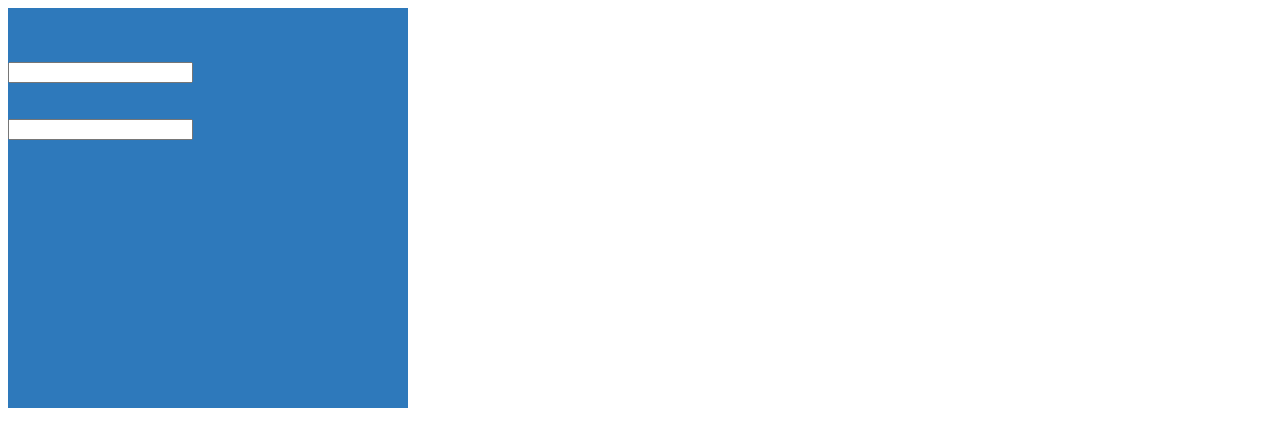
Repository: rkrukshan/Glass_Login_CSS
Page: loginform.html
The author's editor kept a copy of each file at every save. The page is drawn from the files as they stood at one save, then again after a run of saves.
The browser window is 1280 px wide. The pictures show the whole page.

Above is the page before, as saved 2023-10-02 22:41:29.

After the next 2 saves:
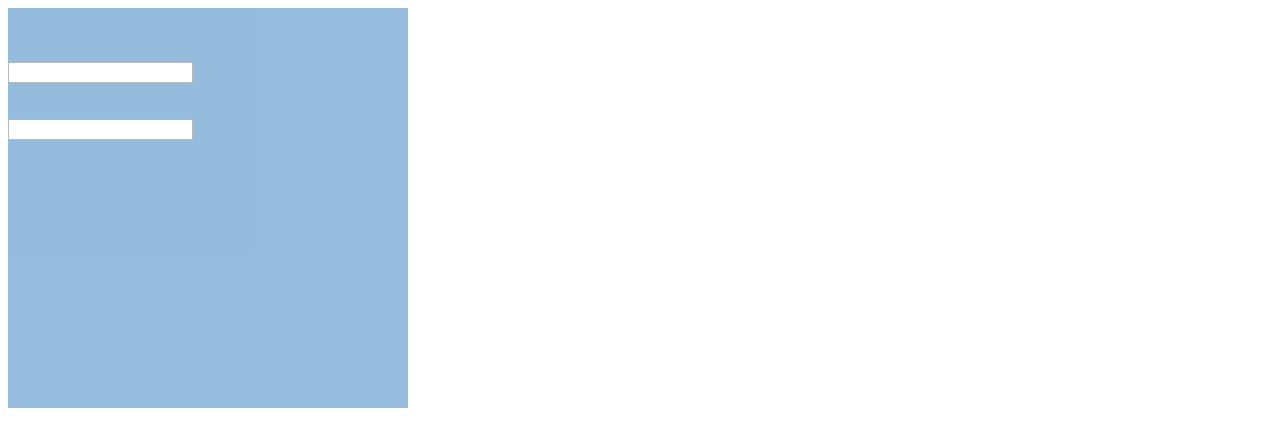
The 2 saves are shown as one change because they came seconds apart.
The last was saved 12 s later.
--- a/loginform.html
+++ b/loginform.html
@@ -8,7 +8,7 @@
             background-color: rgb(46, 121, 187);
             width: 25rem;
             height: 25rem;
-
+            opacity: .5;
         }
     </style>
     <meta charset="UTF-8">
